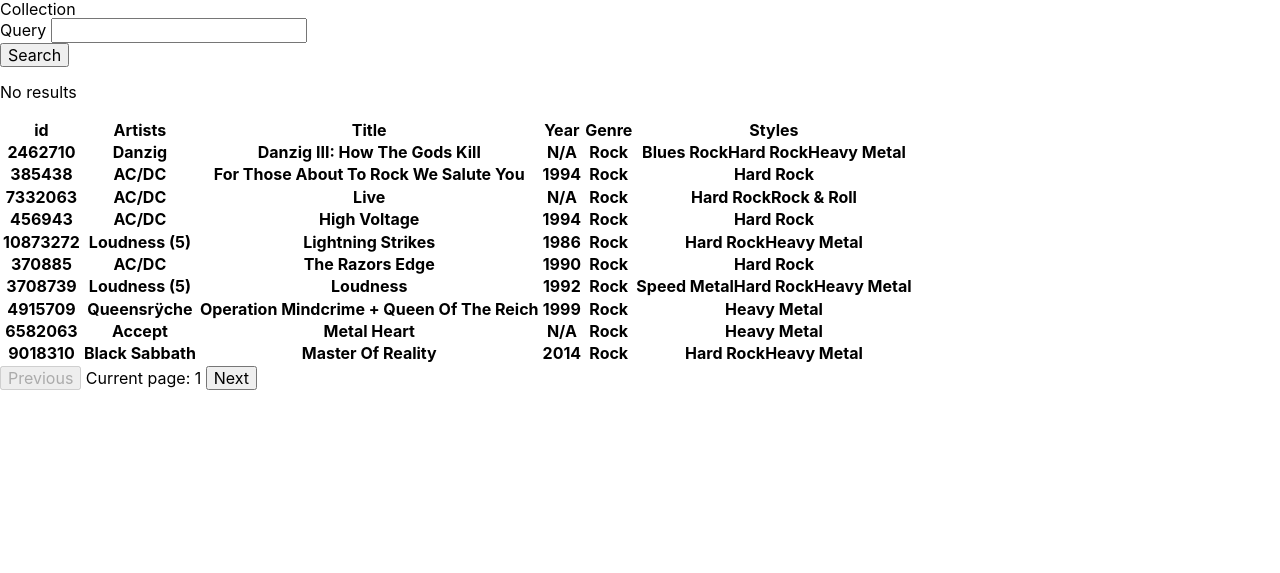
Repository: ivan-baljkas/pristupni_zadatak
Page: / (app in frontend/react-akademija-master/)
An editor plug-in stored every save of this project. The page is shown before and after the next save, followed by the edit.
The browser window is 1280 px wide. The pictures show the whole page.
The project was rebuilt for these pictures with package versions that can differ from the ones it lists, and the page was loaded fresh each time.

Above is the page before, as saved 2021-07-21 13:56:25.

### frontend/react-akademija-master/public/index.html
<!DOCTYPE html>
<html lang="en">
  <head>
    <meta charset="utf-8" />
    <link rel="icon" href="%PUBLIC_URL%/favicon.ico" />
    <meta name="viewport" content="width=device-width, initial-scale=1" />
    <meta name="theme-color" content="#000000" />
    <meta
      name="description"
      content="Web site created using create-react-app"
    />
    <link rel="apple-touch-icon" href="%PUBLIC_URL%/logo192.png" />
    <!--
      manifest.json provides metadata used when your web app is installed on a
      user's mobile device or desktop. See https://developers.google.com/web/fundamentals/web-app-manifest/
    -->
    <link rel="manifest" href="%PUBLIC_URL%/manifest.json" />
    <!--
      Notice the use of %PUBLIC_URL% in the tags above.
      It will be replaced with the URL of the `public` folder during the build.
      Only files inside the `public` folder can be referenced from the HTML.

      Unlike "/favicon.ico" or "favicon.ico", "%PUBLIC_URL%/favicon.ico" will
      work correctly both with client-side routing and a non-root public URL.
      Learn how to configure a non-root public URL by running `npm run build`.
    -->
    <link rel="stylesheet" type="text/css" href="https://cdnjs.cloudflare.com/ajax/libs/normalize/8.0.1/normalize.min.css">
    <title>Ivan Baljkas</title>
  </head>
  <body>
    <noscript>You need to enable JavaScript to run this app.</noscript>
    <div id="root"></div>
    <!--
      This HTML file is a template.
      If you open it directly in the browser, you will see an empty page.

      You can add webfonts, meta tags, or analytics to this file.
      The build step will place the bundled scripts into the <body> tag.

      To begin the development, run `npm start` or `yarn start`.
      To create a production bundle, use `npm run build` or `yarn build`.
    -->
  </body>
</html>

### frontend/react-akademija-master/src/index.css
body {
  margin: 0;
  font-family: -apple-system, BlinkMacSystemFont, "Segoe UI", "Roboto", "Oxygen",
    "Ubuntu", "Cantarell", "Fira Sans", "Droid Sans", "Helvetica Neue",
    sans-serif;
  -webkit-font-smoothing: antialiased;
  -moz-osx-font-smoothing: grayscale;
}

### frontend/react-akademija-master/src/App.js
import React from "react";
import { SearchForm } from "./components/SearchForm";
import { CollectionTable } from "./components/CollectionTable";
import { TableItem } from "./components/TableItem";
import { Pagination } from "./components/Pagination";
import data from "./data.json";

const App = () => {
  console.log(data);

  return (
    <div>
      <header>
        Collection
      </header>
      <SearchForm>
          No results
        </SearchForm>
        <CollectionTable>
        {data.releases.map(release=>(
          <TableItem id={release.id} {...release}/>
        ))}
        </CollectionTable>
        <Pagination currentPage={1} pages={2} />
    </div>
  );
};

export default App;

### frontend/react-akademija-master/src/components/SearchForm.jsx
import React, { Component } from 'react'

export const SearchForm = (props) =>{

    return(
        <div>
            <div>
                <label htmlFor="query">Query </label>
                <input type="text" id="query"/>
            </div>
            <div>
                <button type="button">Search</button>
                <p class="result">{props.children}</p>
            </div>

        </div>
    );
};

### frontend/react-akademija-master/src/components/CollectionTable.jsx
import React, { Component } from 'react'
import { TableItem } from './TableItem';
export const CollectionTable = (props) =>{

    return(
        <div>
            <table>
            <thead>
                <tr>
                    <th>id</th>
                    <th>Artists</th>
                    <th>Title</th>
                    <th>Year</th>
                    <th>Genre</th>
                    <th>Styles</th>
                </tr>
            </thead>
             <tbody>
                {props.children}
            </tbody>

            </table>
        </div>
    );
};

### frontend/react-akademija-master/src/components/TableItem.jsx
import React, { Component } from 'react'

export const TableItem = (props) =>{

    return(
                <tr>
                    <th>{props.id}</th>
                    <th>{props.basic_information.artists[0].name}</th>
                    <th>{props.basic_information.title}</th>
                    {props.basic_information.year?<th>{props.basic_information.year}</th>:
                   <th>N/A</th> }
                    <th>{props.basic_information.genres}</th>
                    <th>{props.basic_information.styles}</th>
                </tr>
    );
};

### frontend/react-akademija-master/src/components/Pagination.jsx
import React, { Component } from 'react'

export const Pagination = (props) =>{

    return(
        <div className="pagination">
            <button type="button" disabled = {props.currentPage === 1}>Previous</button>
             <span>  Current page:  {props.currentPage} </span>
             <button type="button"disabled = {props.currentPage === props.pages}>Next</button>
        </div>
    );
};

### frontend/react-akademija-master/src/data.json
{
  "pagination": {
    "page": 1,
    "pages": 26,
    "per_page": 10,
    "items": 255,
    "urls": {
      "first": "https://api.discogs.com/users/adrianmusiccollector/collection/folders/0/releases?per_page=10&page=1",
      "last": "https://api.discogs.com/users/adrianmusiccollector/collection/folders/0/releases?per_page=10&page=26",
      "prev": "https://api.discogs.com/users/adrianmusiccollector/collection/folders/0/releases?per_page=10&page=1",
      "next": "https://api.discogs.com/users/adrianmusiccollector/collection/folders/0/releases?per_page=10&page=3"
    }
  },
  "releases": [
    {
      "id": 2462710,
      "instance_id": 495199692,
      "date_added": "2020-08-04T08:57:28-07:00",
      "rating": 0,
      "basic_information": {
        "id": 2462710,
        "master_id": 28197,
        "master_url": "https://api.discogs.com/masters/28197",
        "resource_url": "https://api.discogs.com/releases/2462710",
        "thumb": "",
        "cover_image": "",
        "title": "Danzig III: How The Gods Kill",
        "year": 0,
        "formats": [
          { "name": "CD", "qty": "1", "descriptions": ["Album", "Reissue"] }
        ],
        "labels": [
          {
            "name": "American Recordings",
            "catno": "491785 2",
            "entity_type": "1",
            "entity_type_name": "Label",
            "id": 2569,
            "resource_url": "https://api.discogs.com/labels/2569"
          },
          {
            "name": "Columbia",
            "catno": "02-491785-10",
            "entity_type": "1",
            "entity_type_name": "Label",
            "id": 1866,
            "resource_url": "https://api.discogs.com/labels/1866"
          }
        ],
        "artists": [
          {
            "name": "Danzig",
            "anv": "",
            "join": "",
            "role": "",
            "tracks": "",
            "id": 217411,
            "resource_url": "https://api.discogs.com/artists/217411"
          }
        ],
        "genres": ["Rock"],
        "styles": ["Blues Rock", "Hard Rock", "Heavy Metal"]
      }
    },
    {
      "id": 385438,
      "instance_id": 495284040,
      "date_added": "2020-08-04T15:46:56-07:00",
      "rating": 0,
      "basic_information": {
        "id": 385438,
        "master_id": 8636,
        "master_url": "https://api.discogs.com/masters/8636",
        "resource_url": "https://api.discogs.com/releases/385438",
        "thumb": "",
        "cover_image": "",
        "title": "For Those About To Rock We Salute You",
        "year": 1994,
        "formats": [
          {
            "name": "CD",
            "qty": "1",
            "descriptions": ["Album", "Reissue", "Remastered"]
          }
        ],
        "labels": [
          {
            "name": "ATCO Records",
            "catno": "7567-92412-2",
            "entity_type": "1",
            "entity_type_name": "Label",
            "id": 3820,
            "resource_url": "https://api.discogs.com/labels/3820"
          }
        ],
        "artists": [
          {
            "name": "AC/DC",
            "anv": "",
            "join": "",
            "role": "",
            "tracks": "",
            "id": 84752,
            "resource_url": "https://api.discogs.com/artists/84752"
          }
        ],
        "genres": ["Rock"],
        "styles": ["Hard Rock"]
      }
    },
    {
      "id": 7332063,
      "instance_id": 495260051,
      "date_added": "2020-08-04T14:14:50-07:00",
      "rating": 0,
      "basic_information": {
        "id": 7332063,
        "master_id": 8580,
        "master_url": "https://api.discogs.com/masters/8580",
        "resource_url": "https://api.discogs.com/releases/7332063",
        "thumb": "",
        "cover_image": "",
        "title": "Live",
        "year": 0,
        "formats": [
          { "name": "CD", "qty": "2", "descriptions": ["Album", "Reissue"] }
        ],
        "labels": [
          {
            "name": "ATCO Records",
            "catno": "7567-92212-2",
            "entity_type": "1",
            "entity_type_name": "Label",
            "id": 3820,
            "resource_url": "https://api.discogs.com/labels/3820"
          },
          {
            "name": "Albert Productions",
            "catno": "7567-92212-2",
            "entity_type": "1",
            "entity_type_name": "Label",
            "id": 33440,
            "resource_url": "https://api.discogs.com/labels/33440"
          }
        ],
        "artists": [
          {
            "name": "AC/DC",
            "anv": "",
            "join": "",
            "role": "",
            "tracks": "",
            "id": 84752,
            "resource_url": "https://api.discogs.com/artists/84752"
          }
        ],
        "genres": ["Rock"],
        "styles": ["Hard Rock", "Rock & Roll"]
      }
    },
    {
      "id": 456943,
      "instance_id": 495284592,
      "date_added": "2020-08-04T15:48:52-07:00",
      "rating": 0,
      "basic_information": {
        "id": 456943,
        "master_id": 8437,
        "master_url": "https://api.discogs.com/masters/8437",
        "resource_url": "https://api.discogs.com/releases/456943",
        "thumb": "",
        "cover_image": "",
        "title": "High Voltage",
        "year": 1994,
        "formats": [
          {
            "name": "CD",
            "qty": "1",
            "descriptions": ["Album", "Reissue", "Remastered"]
          }
        ],
        "labels": [
          {
            "name": "ATCO Records",
            "catno": "7567-92413-2",
            "entity_type": "1",
            "entity_type_name": "Label",
            "id": 3820,
            "resource_url": "https://api.discogs.com/labels/3820"
          },
          {
            "name": "ATCO Records",
            "catno": "92413-2",
            "entity_type": "1",
            "entity_type_name": "Label",
            "id": 3820,
            "resource_url": "https://api.discogs.com/labels/3820"
          }
        ],
        "artists": [
          {
            "name": "AC/DC",
            "anv": "",
            "join": "",
            "role": "",
            "tracks": "",
            "id": 84752,
            "resource_url": "https://api.discogs.com/artists/84752"
          }
        ],
        "genres": ["Rock"],
        "styles": ["Hard Rock"]
      }
    },
    {
      "id": 10873272,
      "instance_id": 719463895,
      "date_added": "2021-05-31T11:07:58-07:00",
      "rating": 0,
      "basic_information": {
        "id": 10873272,
        "master_id": 315130,
        "master_url": "https://api.discogs.com/masters/315130",
        "resource_url": "https://api.discogs.com/releases/10873272",
        "thumb": "",
        "cover_image": "",
        "title": "Lightning Strikes",
        "year": 1986,
        "formats": [{ "name": "CD", "qty": "1", "descriptions": ["Album"] }],
        "labels": [
          {
            "name": "ATCO Records",
            "catno": "790 512-2",
            "entity_type": "1",
            "entity_type_name": "Label",
            "id": 3820,
            "resource_url": "https://api.discogs.com/labels/3820"
          },
          {
            "name": "ATCO Records",
            "catno": "90512-2",
            "entity_type": "1",
            "entity_type_name": "Label",
            "id": 3820,
            "resource_url": "https://api.discogs.com/labels/3820"
          }
        ],
        "artists": [
          {
            "name": "Loudness (5)",
            "anv": "",
            "join": "",
            "role": "",
            "tracks": "",
            "id": 594808,
            "resource_url": "https://api.discogs.com/artists/594808"
          }
        ],
        "genres": ["Rock"],
        "styles": ["Hard Rock", "Heavy Metal"]
      }
    },
    {
      "id": 370885,
      "instance_id": 495193819,
      "date_added": "2020-08-04T08:15:48-07:00",
      "rating": 0,
      "basic_information": {
        "id": 370885,
        "master_id": 8670,
        "master_url": "https://api.discogs.com/masters/8670",
        "resource_url": "https://api.discogs.com/releases/370885",
        "thumb": "",
        "cover_image": "",
        "title": "The Razors Edge",
        "year": 1990,
        "formats": [{ "name": "CD", "qty": "1", "descriptions": ["Album"] }],
        "labels": [
          {
            "name": "ATCO Records",
            "catno": "7567-91413-2",
            "entity_type": "1",
            "entity_type_name": "Label",
            "id": 3820,
            "resource_url": "https://api.discogs.com/labels/3820"
          },
          {
            "name": "ATCO Records",
            "catno": "7567-91413-2 YS",
            "entity_type": "1",
            "entity_type_name": "Label",
            "id": 3820,
            "resource_url": "https://api.discogs.com/labels/3820"
          },
          {
            "name": "Albert Productions",
            "catno": "7567-91413-2",
            "entity_type": "1",
            "entity_type_name": "Label",
            "id": 33440,
            "resource_url": "https://api.discogs.com/labels/33440"
          },
          {
            "name": "Albert Productions",
            "catno": "7567-91413-2 YS",
            "entity_type": "1",
            "entity_type_name": "Label",
            "id": 33440,
            "resource_url": "https://api.discogs.com/labels/33440"
          }
        ],
        "artists": [
          {
            "name": "AC/DC",
            "anv": "",
            "join": "",
            "role": "",
            "tracks": "",
            "id": 84752,
            "resource_url": "https://api.discogs.com/artists/84752"
          }
        ],
        "genres": ["Rock"],
        "styles": ["Hard Rock"]
      }
    },
    {
      "id": 3708739,
      "instance_id": 659792917,
      "date_added": "2021-04-01T02:51:07-07:00",
      "rating": 0,
      "basic_information": {
        "id": 3708739,
        "master_id": 451115,
        "master_url": "https://api.discogs.com/masters/451115",
        "resource_url": "https://api.discogs.com/releases/3708739",
        "thumb": "",
        "cover_image": "",
        "title": "Loudness",
        "year": 1992,
        "formats": [{ "name": "CD", "qty": "1", "descriptions": ["Album"] }],
        "labels": [
          {
            "name": "ATCO Records",
            "catno": "WPCL-657",
            "entity_type": "1",
            "entity_type_name": "Label",
            "id": 3820,
            "resource_url": "https://api.discogs.com/labels/3820"
          },
          {
            "name": "Warner Music Japan",
            "catno": "WPCL-657",
            "entity_type": "1",
            "entity_type_name": "Label",
            "id": 52253,
            "resource_url": "https://api.discogs.com/labels/52253"
          }
        ],
        "artists": [
          {
            "name": "Loudness (5)",
            "anv": "",
            "join": "",
            "role": "",
            "tracks": "",
            "id": 594808,
            "resource_url": "https://api.discogs.com/artists/594808"
          }
        ],
        "genres": ["Rock"],
        "styles": ["Speed Metal", "Hard Rock", "Heavy Metal"]
      }
    },
    {
      "id": 4915709,
      "instance_id": 495258801,
      "date_added": "2020-08-04T14:09:39-07:00",
      "rating": 0,
      "basic_information": {
        "id": 4915709,
        "master_id": 578071,
        "master_url": "https://api.discogs.com/masters/578071",
        "resource_url": "https://api.discogs.com/releases/4915709",
        "thumb": "",
        "cover_image": "",
        "title": "Operation Mindcrime + Queen Of The Reich ",
        "year": 1999,
        "formats": [
          {
            "name": "CD",
            "qty": "2",
            "text": "Media book",
            "descriptions": [
              "Compilation",
              "Deluxe Edition",
              "Reissue",
              "Remastered"
            ]
          }
        ],
        "labels": [
          {
            "name": "Axe Killer Records",
            "catno": "3052182",
            "entity_type": "1",
            "entity_type_name": "Label",
            "id": 83934,
            "resource_url": "https://api.discogs.com/labels/83934"
          },
          {
            "name": "Axe Killer Records",
            "catno": "Wag 351",
            "entity_type": "1",
            "entity_type_name": "Label",
            "id": 83934,
            "resource_url": "https://api.discogs.com/labels/83934"
          }
        ],
        "artists": [
          {
            "name": "Queensr\u00ffche",
            "anv": "",
            "join": "",
            "role": "",
            "tracks": "",
            "id": 255363,
            "resource_url": "https://api.discogs.com/artists/255363"
          }
        ],
        "genres": ["Rock"],
        "styles": ["Heavy Metal"]
      }
    },
    {
      "id": 6582063,
      "instance_id": 495262219,
      "date_added": "2020-08-04T14:24:02-07:00",
      "rating": 0,
      "basic_information": {
        "id": 6582063,
        "master_id": 29521,
        "master_url": "https://api.discogs.com/masters/29521",
        "resource_url": "https://api.discogs.com/releases/6582063",
        "thumb": "",
        "cover_image": "",
        "title": "Metal Heart",
        "year": 0,
        "formats": [
          {
            "name": "CD",
            "qty": "1",
            "descriptions": ["Album", "Reissue", "Remastered", "Repress"]
          }
        ],
        "labels": [
          {
            "name": "BMG",
            "catno": "74321 93213 2",
            "entity_type": "1",
            "entity_type_name": "Label",
            "id": 1003,
            "resource_url": "https://api.discogs.com/labels/1003"
          },
          {
            "name": "RCA",
            "catno": "74321 93213 2",
            "entity_type": "1",
            "entity_type_name": "Label",
            "id": 895,
            "resource_url": "https://api.discogs.com/labels/895"
          },
          {
            "name": "Musicline.de",
            "catno": "74321 93213 2",
            "entity_type": "1",
            "entity_type_name": "Label",
            "id": 651772,
            "resource_url": "https://api.discogs.com/labels/651772"
          }
        ],
        "artists": [
          {
            "name": "Accept",
            "anv": "",
            "join": "",
            "role": "",
            "tracks": "",
            "id": 271475,
            "resource_url": "https://api.discogs.com/artists/271475"
          }
        ],
        "genres": ["Rock"],
        "styles": ["Heavy Metal"]
      }
    },
    {
      "id": 9018310,
      "instance_id": 495282966,
      "date_added": "2020-08-04T15:43:26-07:00",
      "rating": 0,
      "basic_information": {
        "id": 9018310,
        "master_id": 4844,
        "master_url": "https://api.discogs.com/masters/4844",
        "resource_url": "https://api.discogs.com/releases/9018310",
        "thumb": "",
        "cover_image": "",
        "title": "Master Of Reality",
        "year": 2014,
        "formats": [
          {
            "name": "CD",
            "qty": "1",
            "text": "Digipak",
            "descriptions": ["Album", "Reissue", "Remastered"]
          }
        ],
        "labels": [
          {
            "name": "BMG",
            "catno": "2730325",
            "entity_type": "1",
            "entity_type_name": "Label",
            "id": 1003,
            "resource_url": "https://api.discogs.com/labels/1003"
          },
          {
            "name": "Sanctuary",
            "catno": "2730325",
            "entity_type": "1",
            "entity_type_name": "Label",
            "id": 28233,
            "resource_url": "https://api.discogs.com/labels/28233"
          }
        ],
        "artists": [
          {
            "name": "Black Sabbath",
            "anv": "",
            "join": "",
            "role": "",
            "tracks": "",
            "id": 144998,
            "resource_url": "https://api.discogs.com/artists/144998"
          }
        ],
        "genres": ["Rock"],
        "styles": ["Hard Rock", "Heavy Metal"]
      }
    }
  ]
}

Loaded but not shown: frontend/react-akademija-master/src/index.js (common file); frontend/react-akademija-master/src/reportWebVitals.js (common file)

After the next save:
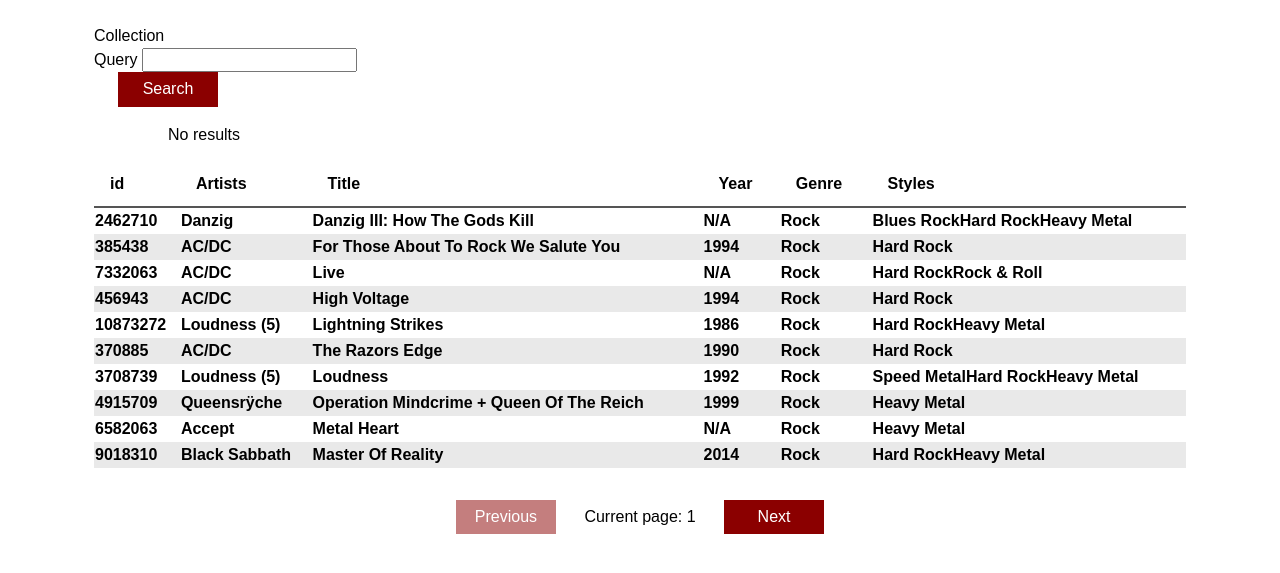
Saved 69 s later.
--- a/frontend/react-akademija-master/src/index.css
+++ b/frontend/react-akademija-master/src/index.css
@@ -6,3 +6,95 @@
   -webkit-font-smoothing: antialiased;
   -moz-osx-font-smoothing: grayscale;
 }
+
+body {
+  max-width: 1140px;
+  margin: 0 auto;
+  padding: 24px;
+  font-family: Arial, sans-serif;
+  font-size: 16px;
+  line-height: 1.5;
+}
+
+h1 {
+  margin-top: 0;
+}
+
+html {
+  box-sizing: border-box;
+}
+*,
+*:before,
+*:after {
+  box-sizing: inherit;
+}
+
+table {
+  border-collapse: collapse;
+  text-align: left;
+  margin-bottom: 2em;
+  width: 100%;
+}
+
+thead {
+  border-bottom: 2px solid #555;
+}
+
+thead th,
+td {
+  padding: 0.6em 1em;
+}
+
+tbody tr:nth-child(even) {
+  background-color: #e9e9e9;
+}
+
+.pagination {
+  text-align: center;
+}
+
+button {
+  margin: 0 1.5em;
+  background-color: darkred;
+  color: white;
+  border-width: 0;
+  padding: 0.5em 1em;
+  min-width: 100px;
+}
+
+button:disabled {
+  opacity: 0.5;
+}
+
+.stats {
+  border-bottom: 1px solid #555;
+  padding-bottom: 1em;
+  margin-bottom: 1em;
+  text-align: center;
+}
+
+form div {
+  margin-bottom: 1em;
+}
+
+form {
+  margin-bottom: 2em;
+}
+
+form label {
+  display: inline-block;
+  min-width: 70px;
+}
+
+form button,
+.result {
+  margin-left: 74px;
+}
+
+form input {
+  padding: 0.25em 0.5em;
+}
+
+form label {
+  font-weight: bold;
+}
